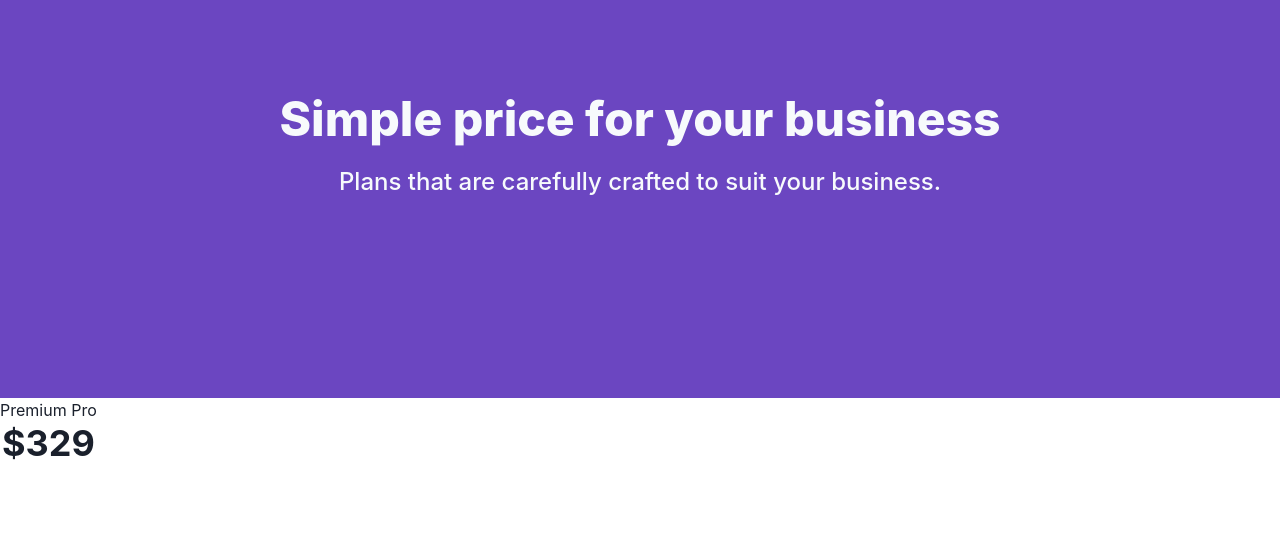
Repository: noutijo/learn-in-depth-chakra-ui
Page: /
These files come from the project's save history. The page is drawn as it stood at one moment and after the next save; the edit follows.
The browser window is 1280 px wide. The pictures show the whole page.
The project was rebuilt for these pictures with package versions that can differ from the ones it lists, and the page was loaded fresh each time. Also part of the build but not shown: vite.config.ts.

Above is the page before, as saved 2023-01-30 15:28:27.

### src/main.tsx
import React from 'react'
import ReactDOM from 'react-dom/client'
import App from './App'
import { ChakraProvider } from "@chakra-ui/react"

ReactDOM.createRoot(document.getElementById('root') as HTMLElement).render(
  <ChakraProvider>
  <React.StrictMode>
    <App />
  </React.StrictMode>
  </ChakraProvider>,
)

### src/App.tsx
//import './App.css'
import "./App.css";
import { Box, Flex, Stack, VStack, HStack } from "@chakra-ui/react";
import { Header  } from "./components/Header";
import { Pricing } from "./components/Pricing";

export default function App() {
  return (
    <div className="App">
      <Box>
        <Header />
        <Pricing />
      </Box>
    </div>
  );
}

### src/App.css
#root {
  max-width: 1280px;
  margin: 0 auto;
  text-align: center;
}

.logo {
  height: 6em;
  padding: 1.5em;
  will-change: filter;
}
.logo:hover {
  filter: drop-shadow(0 0 2em #646cffaa);
}
.logo.react:hover {
  filter: drop-shadow(0 0 2em #61dafbaa);
}

@keyframes logo-spin {
  from {
    transform: rotate(0deg);
  }
  to {
    transform: rotate(360deg);
  }
}

@media (prefers-reduced-motion: no-preference) {
  a:nth-of-type(2) .logo {
    animation: logo-spin infinite 20s linear;
  }
}

.card {
  padding: 2em;
}

.read-the-docs {
  color: #888;
}

### src/components/Header.tsx
//import './App.css'
import { Box, Heading, Text, Flex } from "@chakra-ui/react";

export function Header() {
  return (
    <Box as="section" color="#F7FAFC" bg="#6b46c1" pt="90px" pb="198px" px="32px">
      <Heading fontWeight={800} fontSize={"48px"}>
        Simple price for your business
      </Heading>
      <Text fontWeight={500} fontSize={"24px"} mt="16px">
        Plans that are carefully crafted to suit your business.
      </Text>
    </Box>
  );
}

### src/components/Pricing.tsx
//import './App.css'
import { Box, Heading, Text, Flex } from "@chakra-ui/react";

export function Pricing() {
  return (
    <Box>
      <Flex>
        <Box>
            <Text>Premium Pro</Text>
            <Heading>$329</Heading>
        </Box>
        <Box></Box>
      </Flex>
    </Box>
  );
}

Loaded but not shown: index.html (common file)

After the next save:
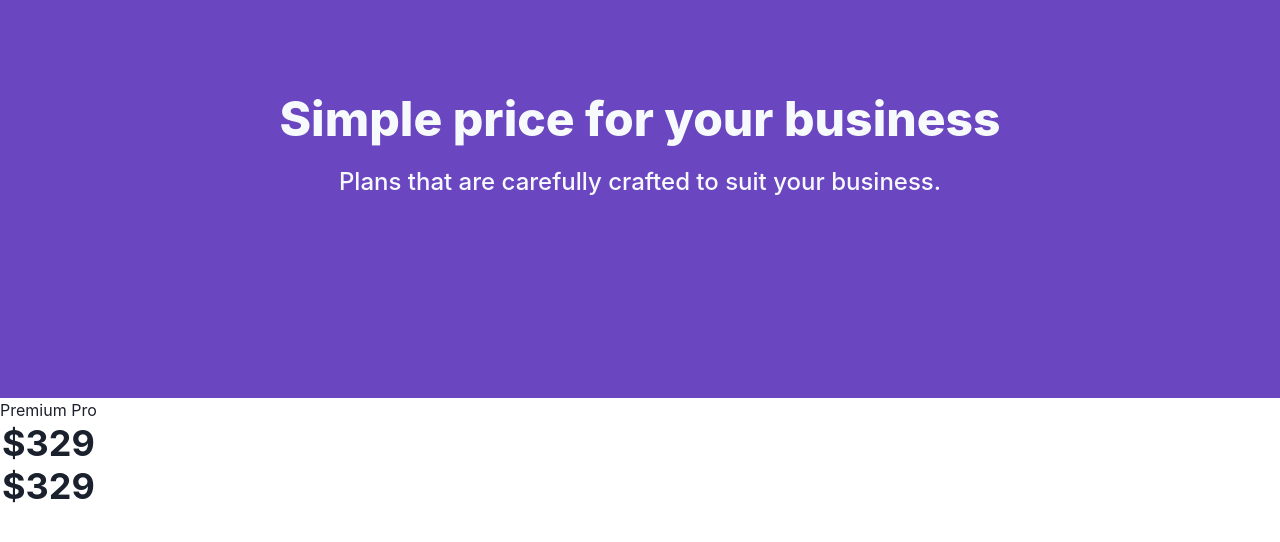
Saved 5 s later.
--- a/src/components/Pricing.tsx
+++ b/src/components/Pricing.tsx
@@ -8,6 +8,7 @@ export function Pricing() {
         <Box>
             <Text>Premium Pro</Text>
             <Heading>$329</Heading>
+            <Heading>$329</Heading>
         </Box>
         <Box></Box>
       </Flex>
